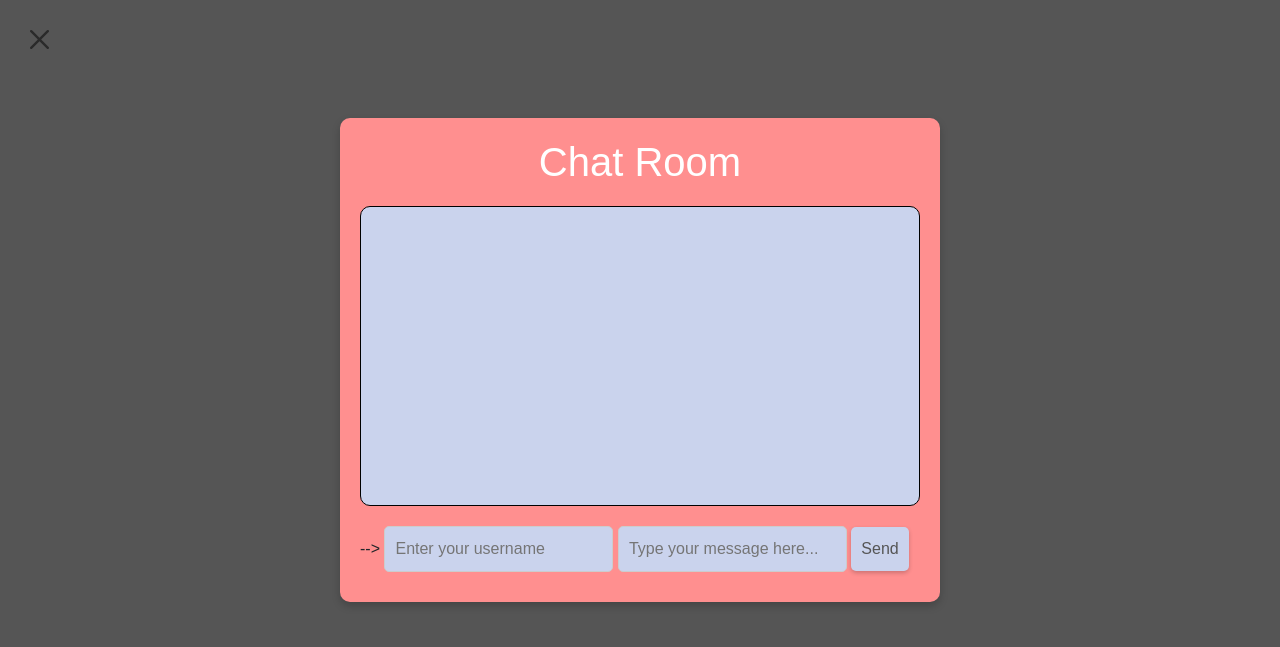
Repository: Sanjana-Inapakolla/Find-your-Roomie-website
Page: http://localhost/MiniProject/AfterSend
An editor plug-in stored every save of this project. The page is shown before and after the next save, followed by the edit.
The browser window is 1280 px wide. The pictures show the whole page.
The page is served by Tomcat 10. Queries for data that is not in the repository find no rows.

Above is the page before, as saved 2024-11-13 09:35:48.

After the next save:
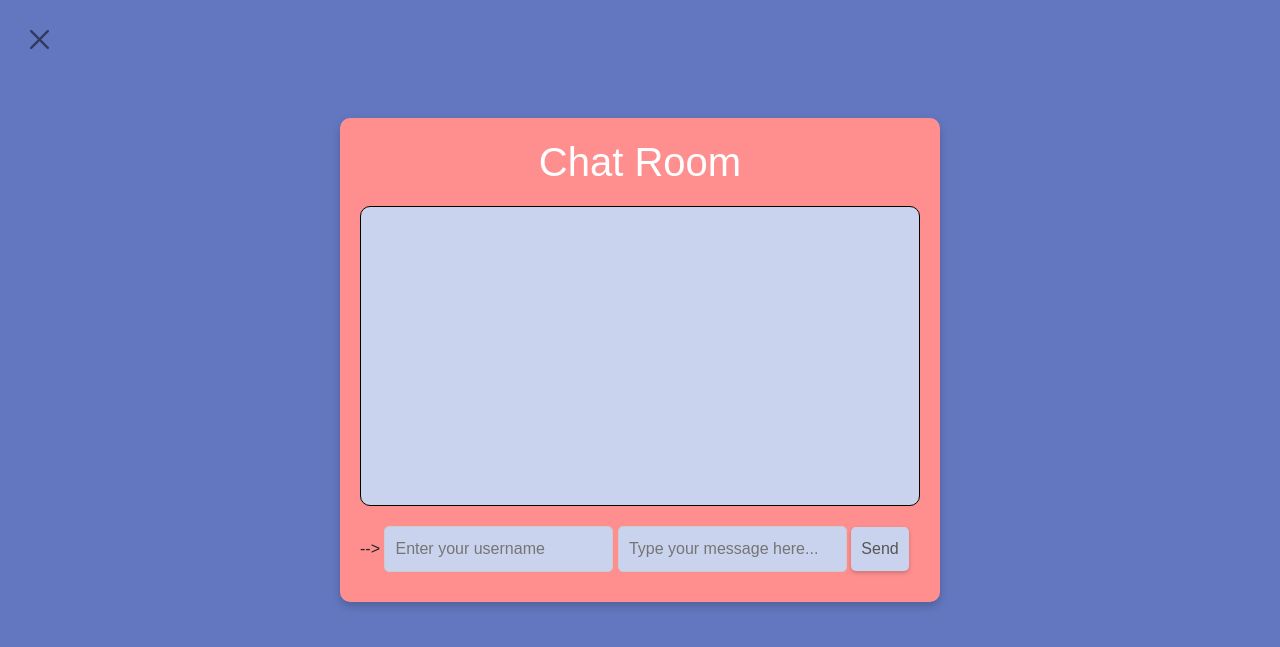
Saved 40 s later.
--- a/mini-project(jfst)/MiniProject/src/main/webapp/chat.jsp
+++ b/mini-project(jfst)/MiniProject/src/main/webapp/chat.jsp
@@ -18,7 +18,7 @@
 	align-items: center;
 	height: 100vh;
 	margin: 0;
-	background-color:#555;
+	background-color:#6277bf;
 	font-family: Arial, sans-serif;
 }
 

After the save that followed:
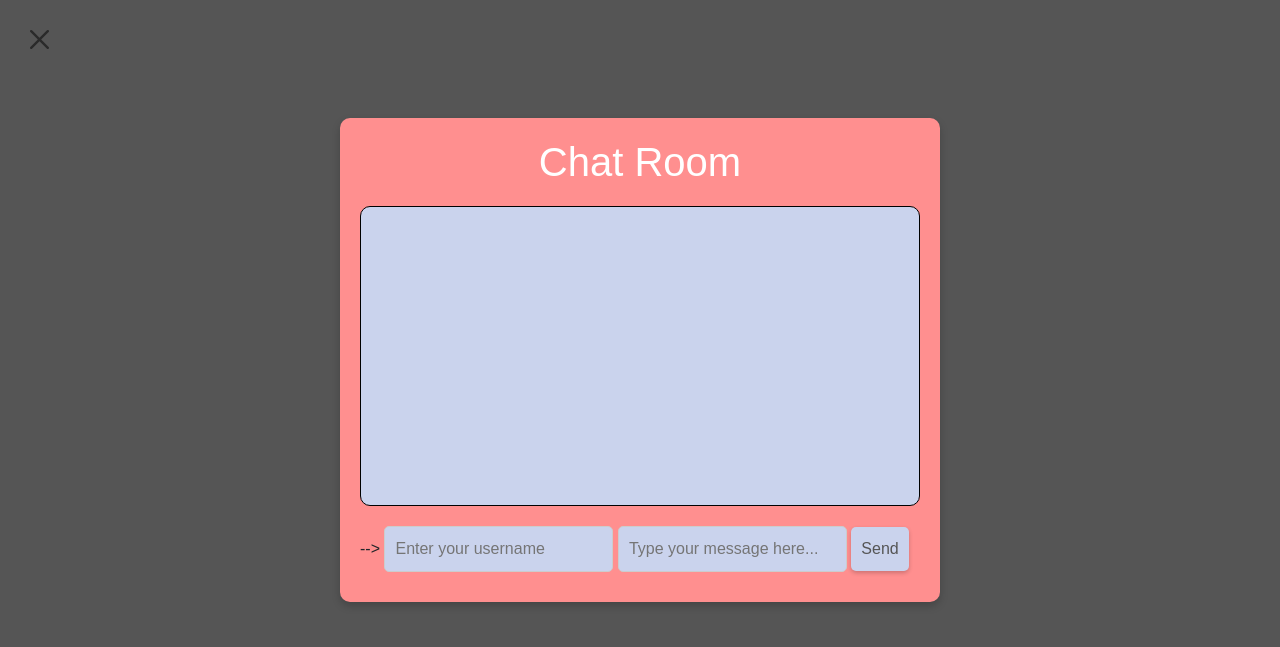
Saved 58 s later.
--- a/mini-project(jfst)/MiniProject/src/main/webapp/chat.jsp
+++ b/mini-project(jfst)/MiniProject/src/main/webapp/chat.jsp
@@ -18,7 +18,7 @@
 	align-items: center;
 	height: 100vh;
 	margin: 0;
-	background-color:#6277bf;
+	background-color:#555;
 	font-family: Arial, sans-serif;
 }
 
